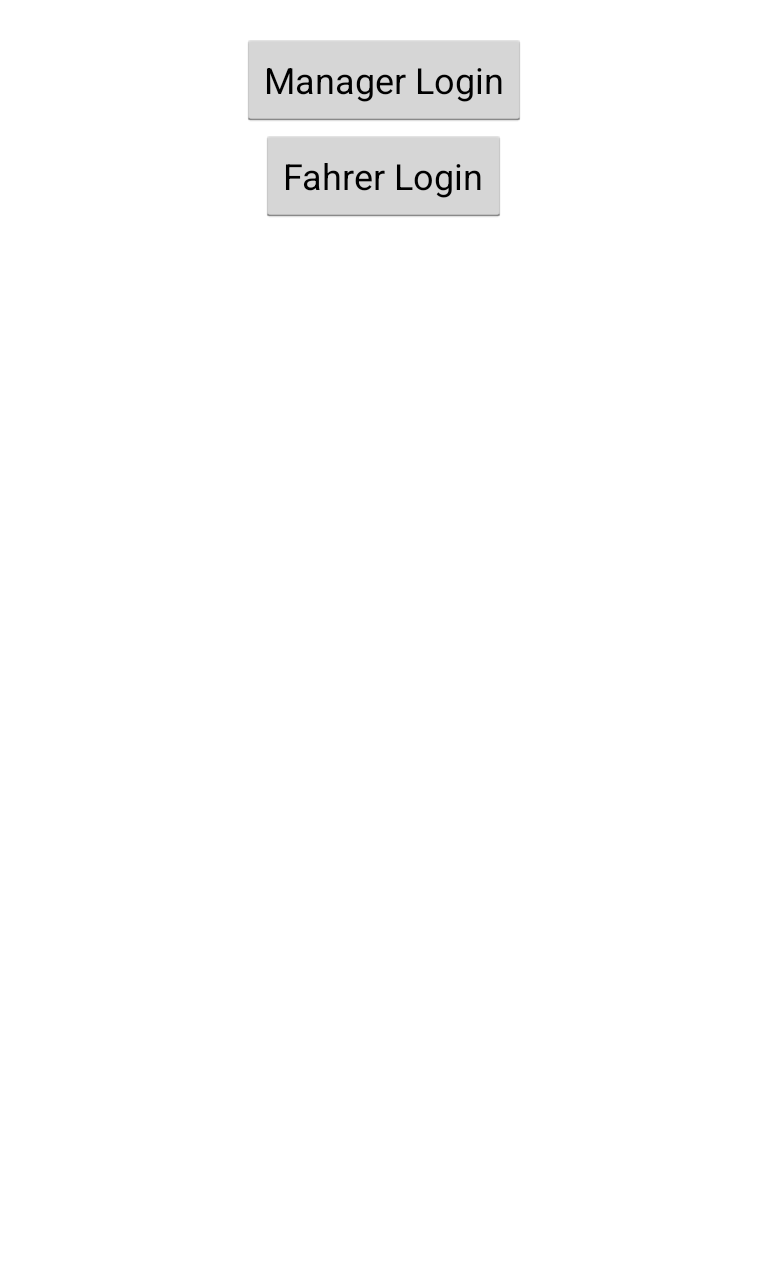
Repository: VroniZinsser/Kurierdienst
Layout: KurierdienstVroni/res/layout/activity_kurierdienst_start.xml
These files come from the project's save history. The layout is drawn as it stood at one moment and after the next save; the edit follows.
It is drawn on a 768 x 1280 px phone screen (xhdpi) without system bars, with theme AppTheme; the app's code is not run.

Above is the layout before, as saved 2014-07-14 16:31:38.

### KurierdienstVroni/res/layout/activity_kurierdienst_start.xml
<RelativeLayout xmlns:android="http://schemas.android.com/apk/res/android"
    xmlns:tools="http://schemas.android.com/tools"
    android:layout_width="match_parent"
    android:layout_height="match_parent"
    android:paddingBottom="@dimen/activity_vertical_margin"
    android:paddingLeft="@dimen/activity_horizontal_margin"
    android:paddingRight="@dimen/activity_horizontal_margin"
    android:paddingTop="@dimen/activity_vertical_margin"
    tools:context=".KurierdienstStart" >

    <Button
        android:id="@+id/managerLogin"
        android:layout_width="wrap_content"
        android:layout_height="wrap_content"
        android:layout_centerHorizontal="true"
        android:text="Manager Login" />

     <Button
        android:layout_width="wrap_content"
        android:layout_height="wrap_content"
        android:layout_centerHorizontal="true"
        android:layout_below="@id/managerLogin"
        android:text="Fahrer Login" />


</RelativeLayout>

Loaded but not shown: KurierdienstVroni/res/values/styles.xml (common file); KurierdienstVroni/res/values-v11/styles.xml (common file); KurierdienstVroni/res/values-v14/styles.xml (common file); KurierdienstVroni/res/values/dimens.xml (common file)

After the next save:
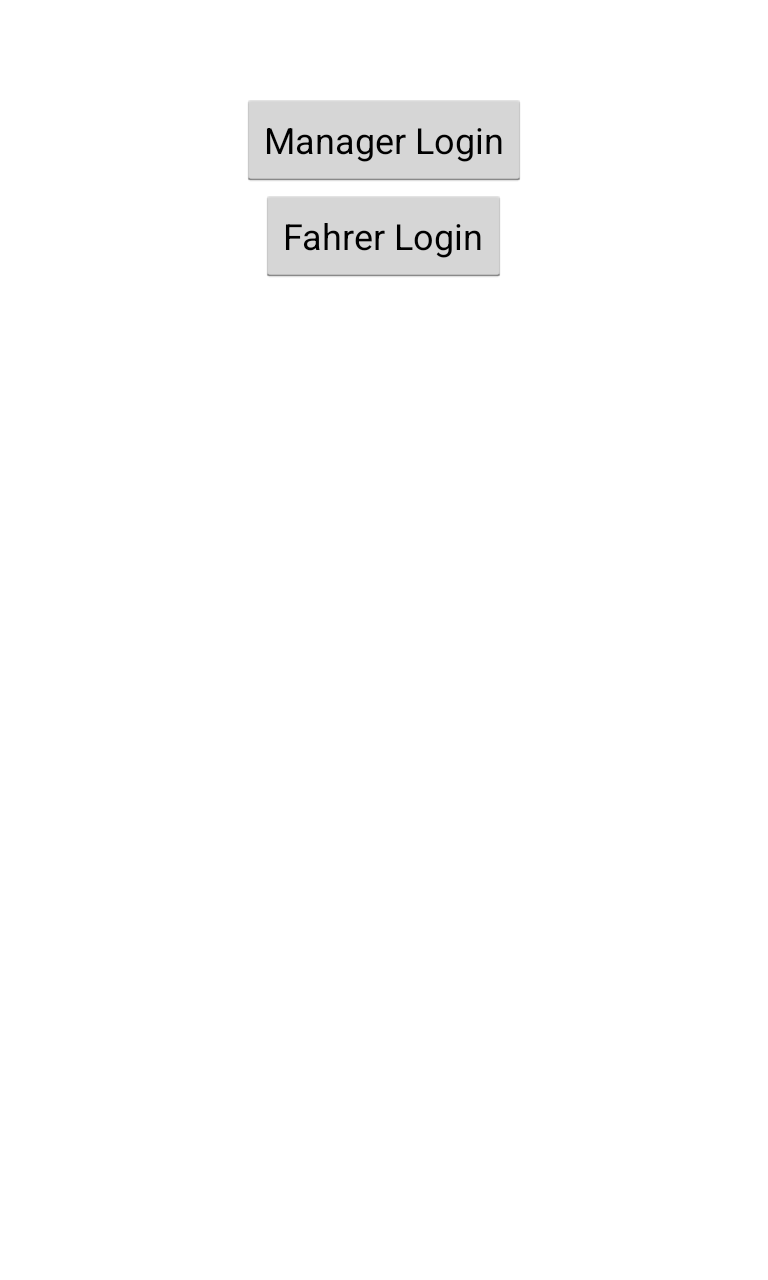
Saved 63 s later.
--- a/KurierdienstVroni/res/layout/activity_kurierdienst_start.xml
+++ b/KurierdienstVroni/res/layout/activity_kurierdienst_start.xml
@@ -13,6 +13,7 @@
         android:layout_width="wrap_content"
         android:layout_height="wrap_content"
         android:layout_centerHorizontal="true"
+        android:layout_marginTop="60px"
         android:text="Manager Login" />
 
      <Button
